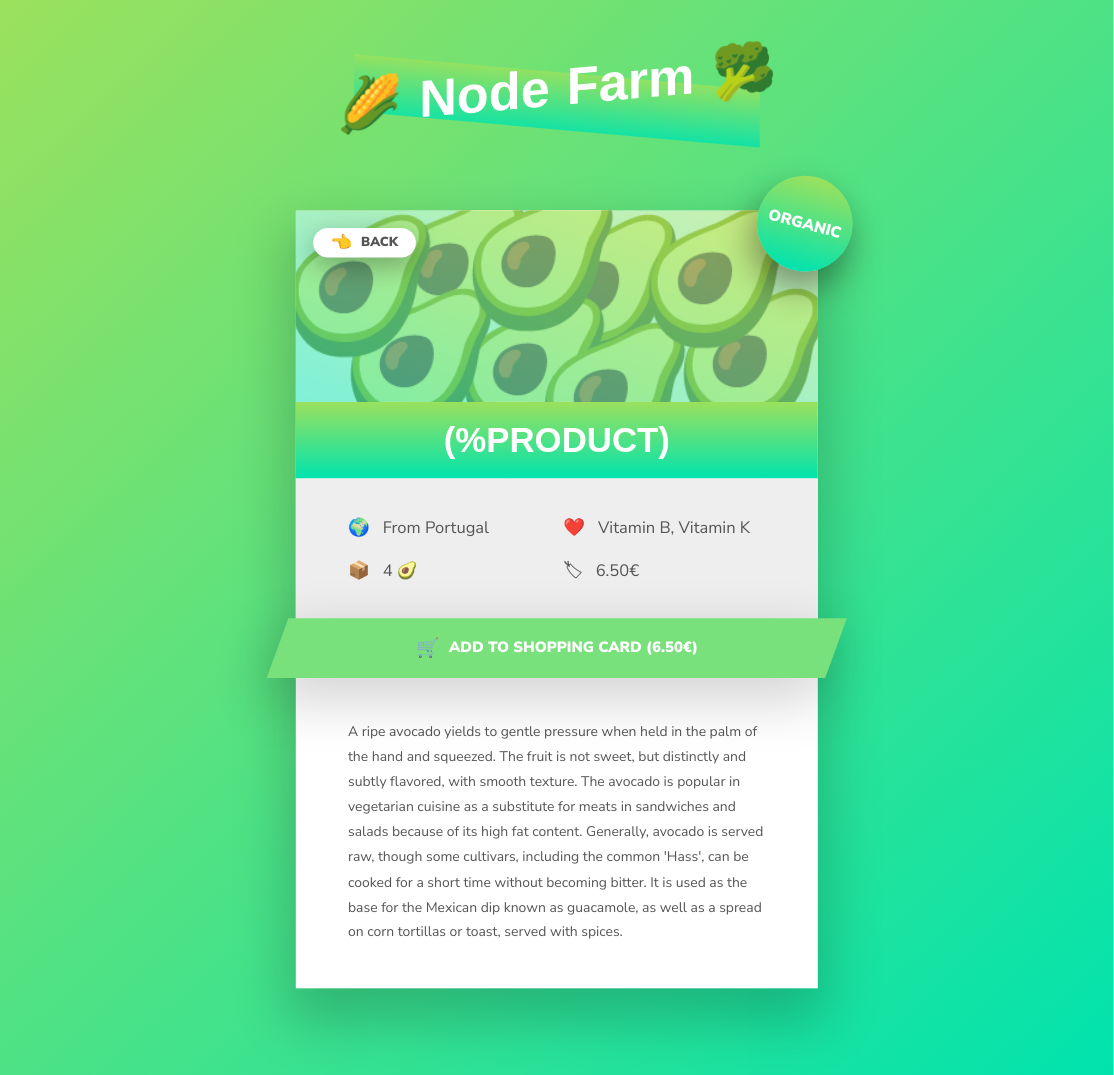
Repository: smit1298/complete-node-bootcamp
Page: node-farm/starter/templates/product.html
These files come from the project's save history. The page is drawn as it stood at one moment and after the next save; the edit follows.
The browser window is 1280 px wide. The pictures show the whole page, at 87% of full size.
Some web fonts or font styles are not loaded; a fallback is used.

Above is the page before, as saved 2021-07-21 12:58:38.

After the next save:
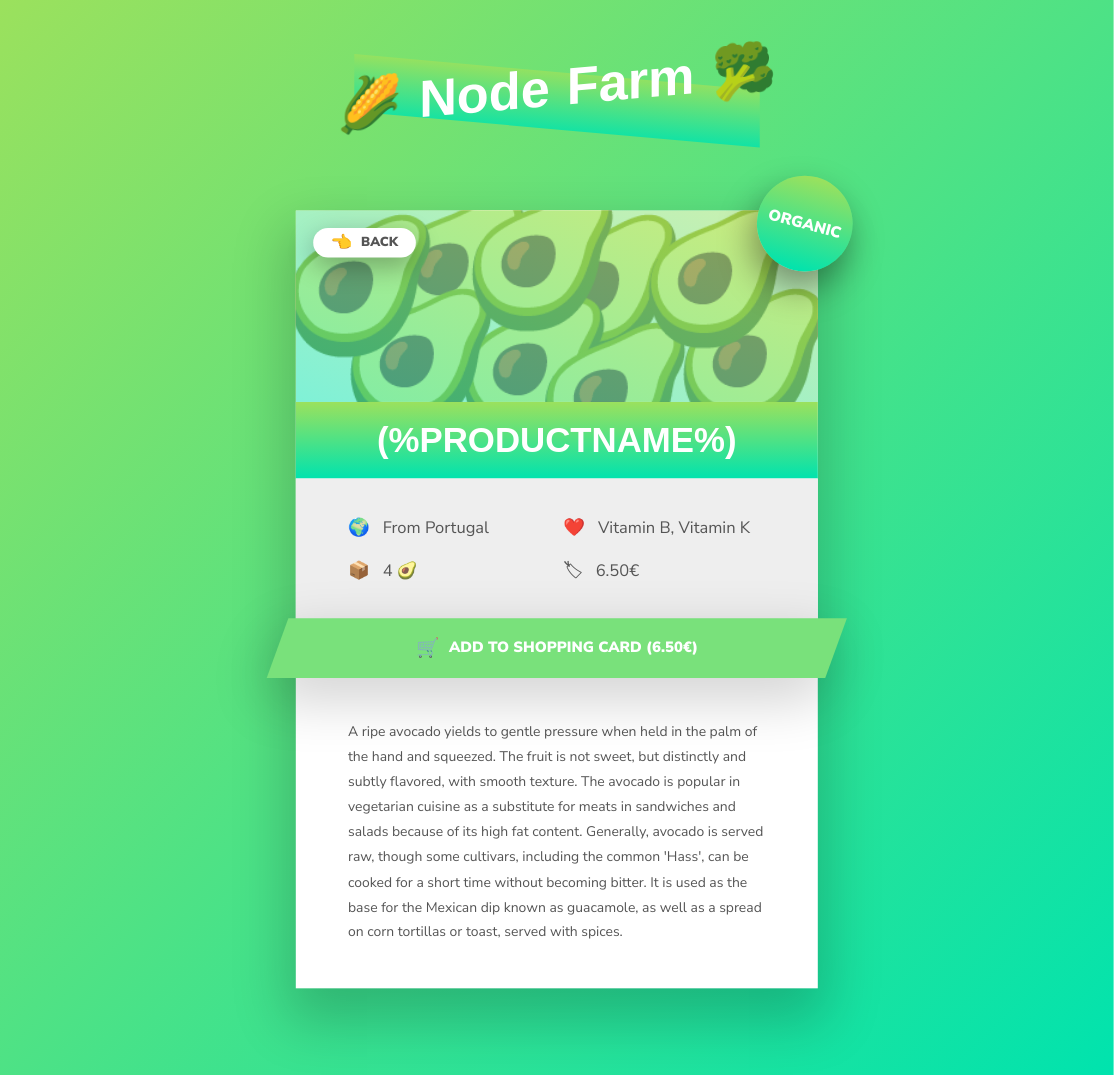
Saved 4 s later.
--- a/node-farm/starter/templates/product.html
+++ b/node-farm/starter/templates/product.html
@@ -285,7 +285,7 @@
           <span class="product__emoji product__emoji--8">🥑</span>
           <span class="product__emoji product__emoji--9">🥑</span>
         </div>
-        <h2 class="product__name">(%PRODUCT)</h2>
+        <h2 class="product__name">(%PRODUCTNAME%)</h2>
         <div class="product__details">
           <p><span class="emoji-left">🌍</span> From Portugal</p>
           <p><span class="emoji-left">❤️</span> Vitamin B, Vitamin K</p>
